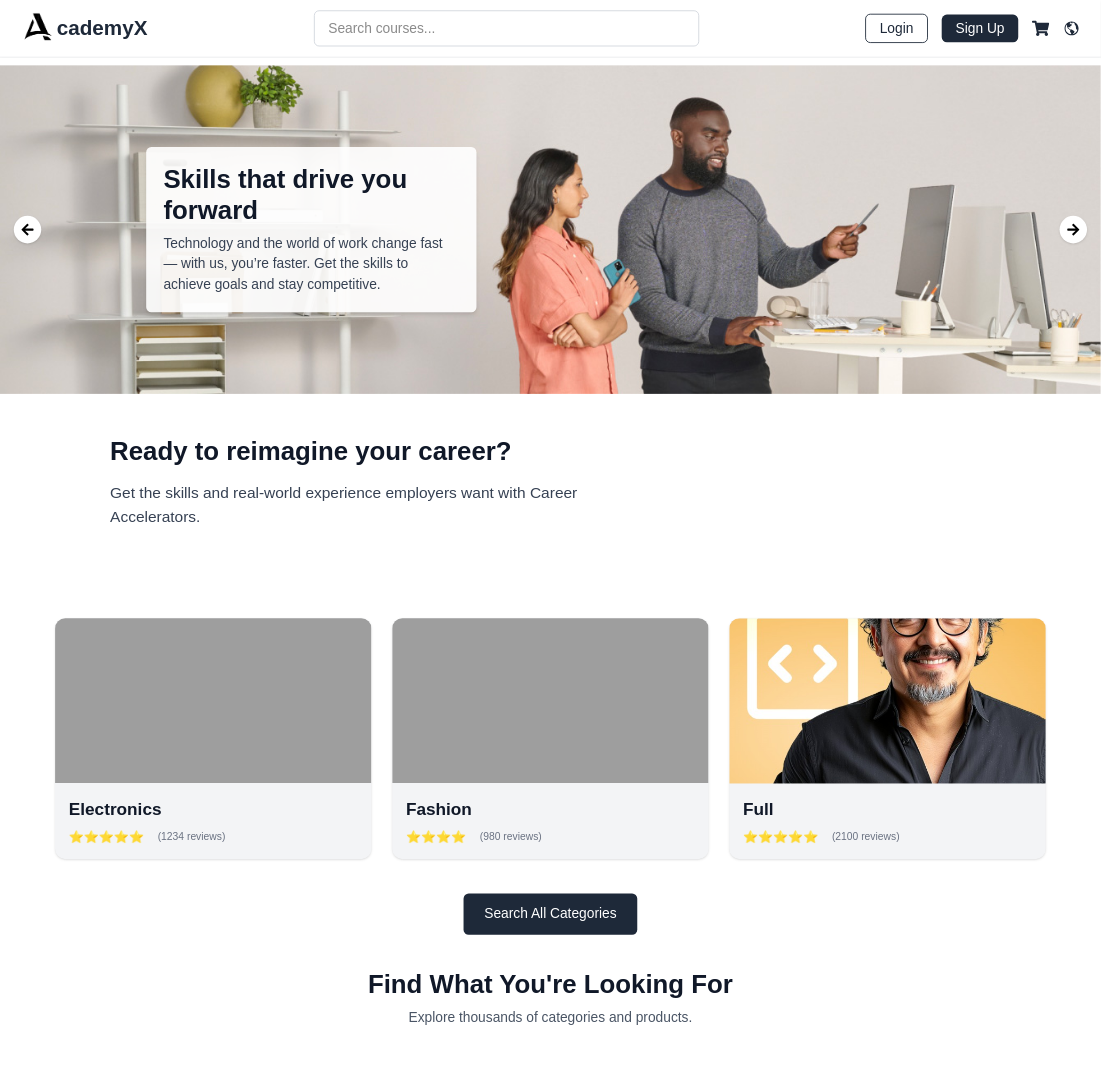
Repository: MohamedSalah54/full-stack-e-learning
Page: / (app in frontend/)
The author's editor kept a copy of each file at every save. The page is drawn from the files as they stood at one save, then again after the next save.
The browser window is 1280 px wide. The pictures show the whole page, at 86% of full size.
Pictures or frames that could not be fetched are drawn as grey boxes. The project was rebuilt for these pictures with package versions that can differ from the ones it lists, and the page was loaded fresh each time. The framework's server and built-in components were replaced by stand-ins that run in the browser. Also part of the build but not shown: frontend/next.config.ts.

Above is the page before, as saved 2025-06-15 14:10:47.

After the next save:
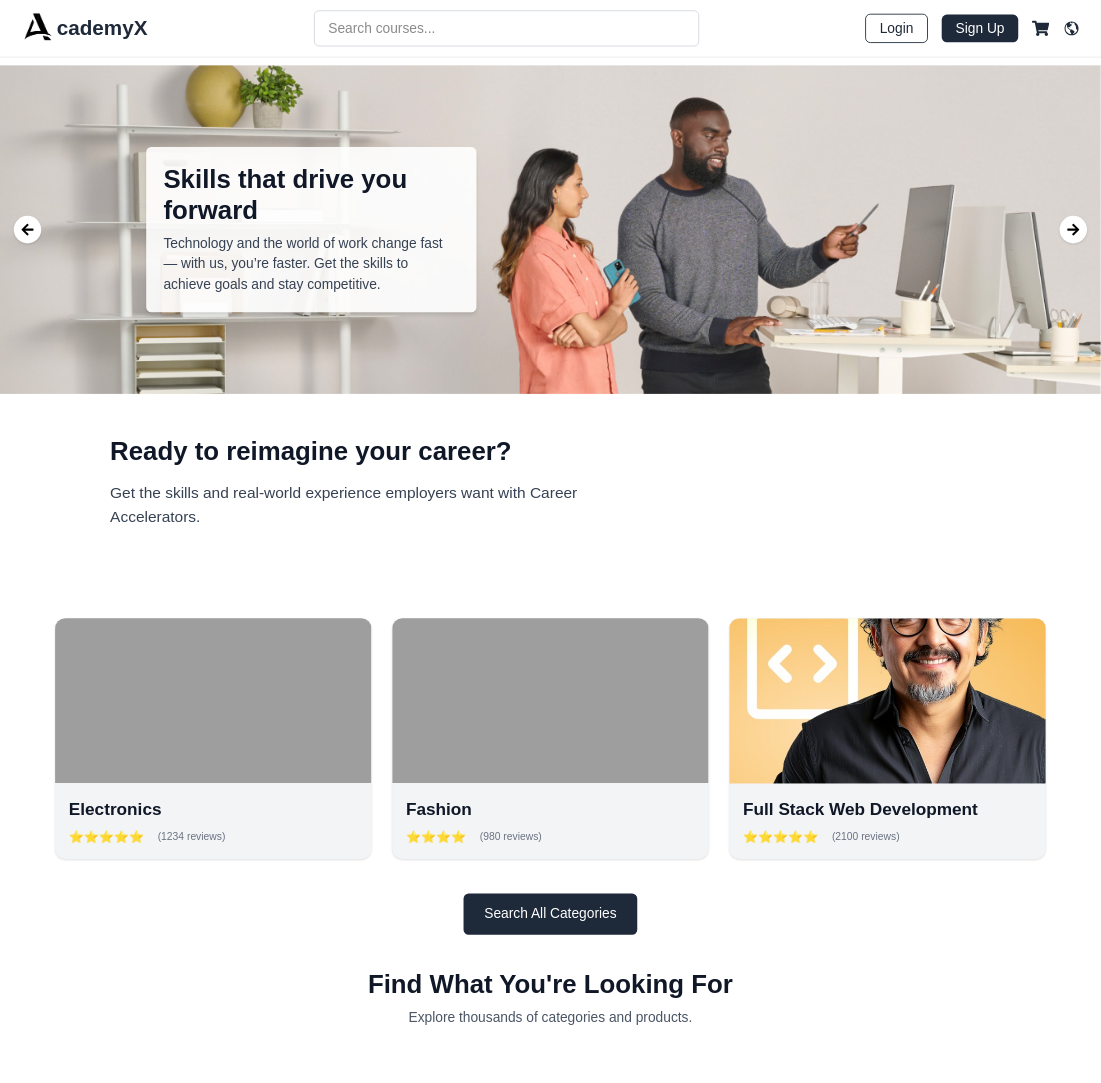
Saved 7 s later.
--- a/frontend/src/components/home/HeroCategories.tsx
+++ b/frontend/src/components/home/HeroCategories.tsx
@@ -13,7 +13,7 @@
       reviews: 980,
     },
     {
-      title: "Full",
+      title: "Full Stack Web Development",
       image: "/full-stack.jpg",
       rating: 5.0,
       reviews: 2100,
